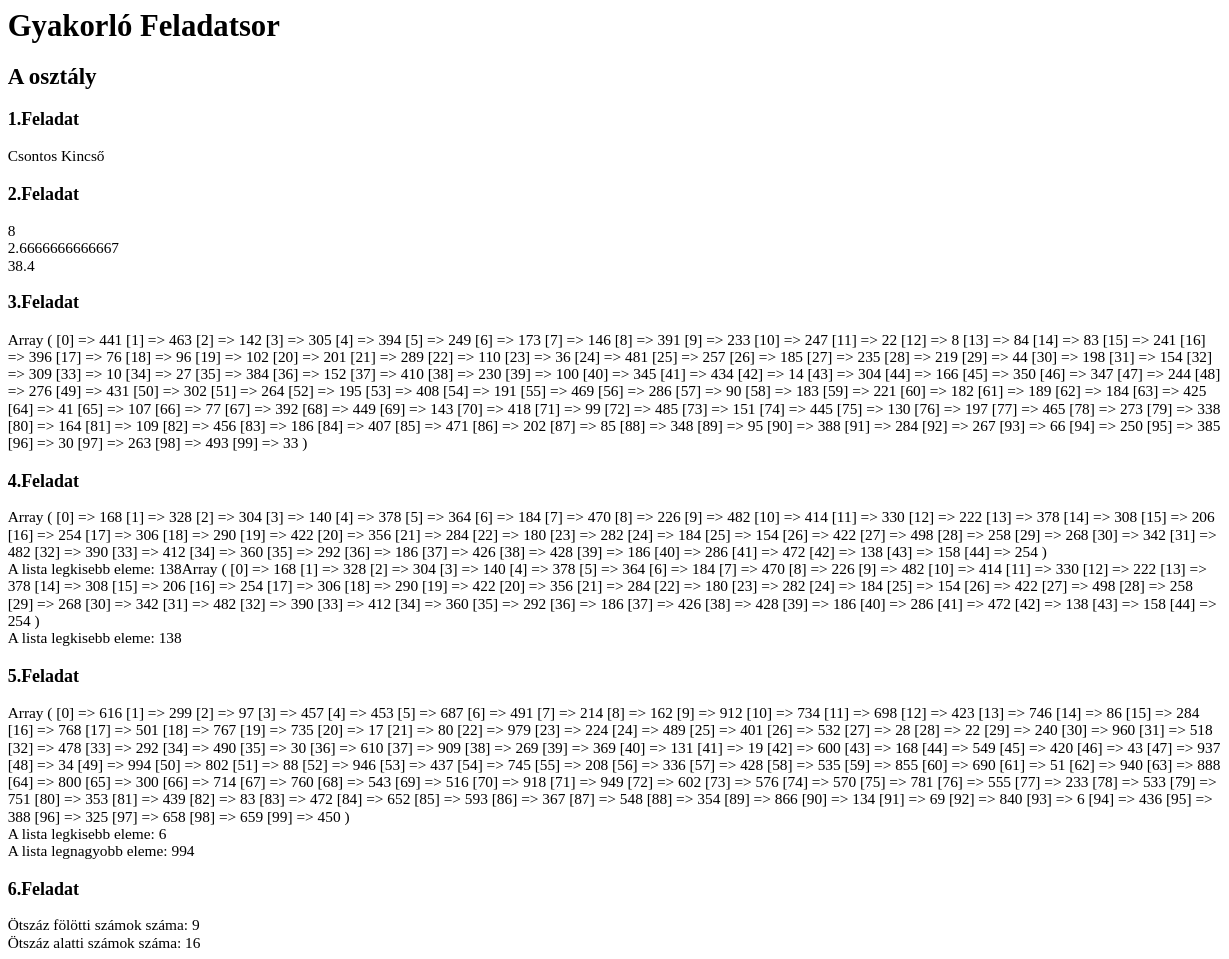
Repository: doomhyena/htdocs
Page: http://localhost/00.Home/4.Dolgozat.php
These files come from the project's save history. The page is drawn as it stood at one moment and after the next save; the edit follows.
The browser window is 1280 px wide. The pictures show the whole page, at 96% of full size.
The page is run by PHP 8.4 with error messages shown; the project is at /var/www/html/.

Above is the page before, as saved 2024-09-27 10:25:53.

After the next save:
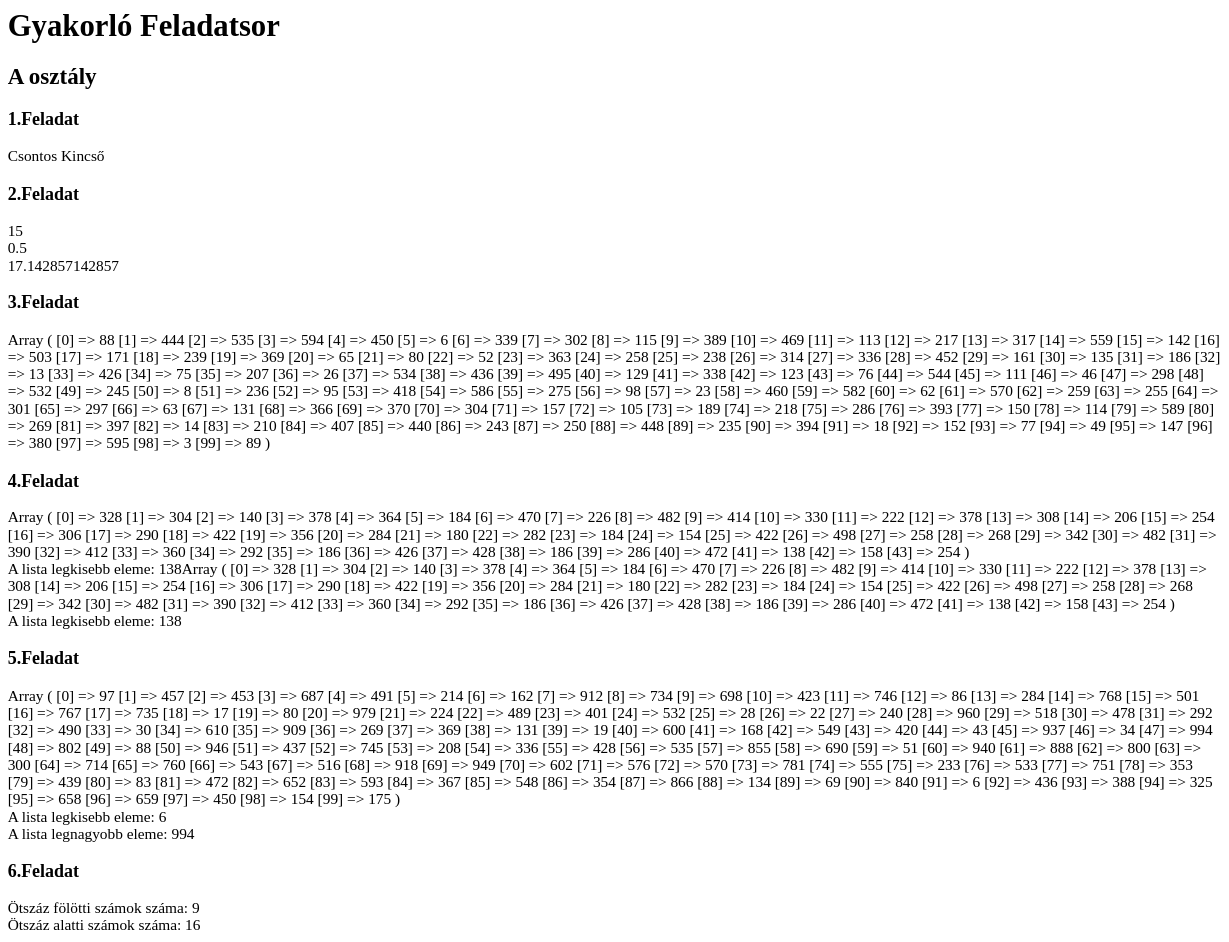
Saved 51 s later.
--- a/00.Home/4.Dolgozat.php
+++ b/00.Home/4.Dolgozat.php
@@ -11,10 +11,10 @@ echo "Csontos Kincső";
 
 echo "<h3>2.Feladat</h3>";
 
-$a = 2;
-$b = 4;
-$c = 8;
-$d = 3;
+$a = 3;
+$b = 5;
+$c = 2;
+$d = 4;
 
 echo $a * $b;
 echo "<br>";
@@ -28,7 +28,7 @@ echo "<h3>3.Feladat</h3>";
 
 $lista = array();
 while(count($lista) < 100) {
-    $rando = rand(0, 500);
+    $rando = rand(0, 600);
 
     if(!in_array($rando, $lista)) {
         $lista[] = $rando;
